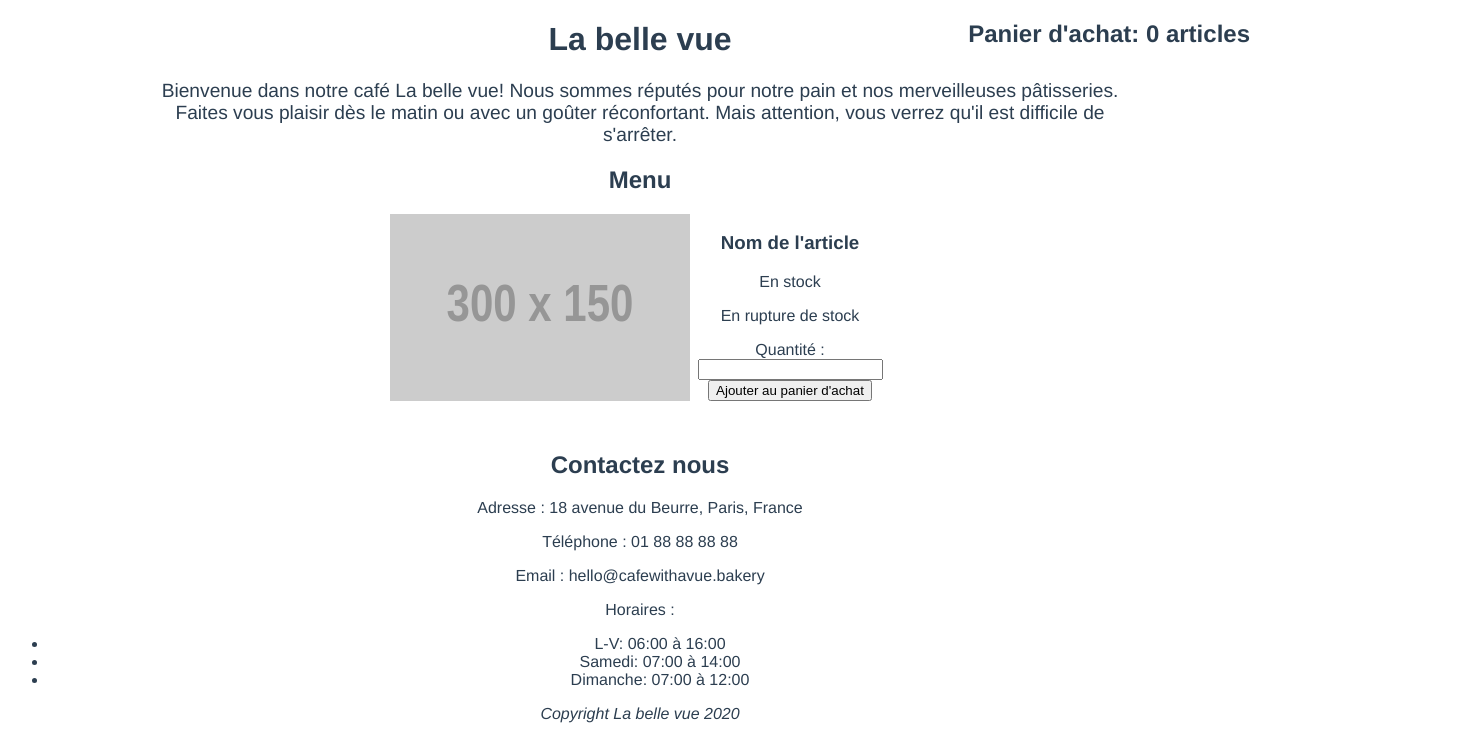
Repository: arione15/OC-tuto_cafe-avec-vue_Vue.js
Page: Partie 1 Créez votre première app Vue.js/Vue-fr-P1C4-Begin/cafe-with-a-vue/index.html
These files come from the project's save history. The page is drawn as it stood at one moment and after the next save; the edit follows.
The browser window is 1280 px wide. The page is 1280 px wide, then 1475 px, so the pictures cover 1475 px, including what lies to the right of the window. The pictures show the whole page.

Above is the page before, as saved 2021-09-06 15:55:54.

After the next save:
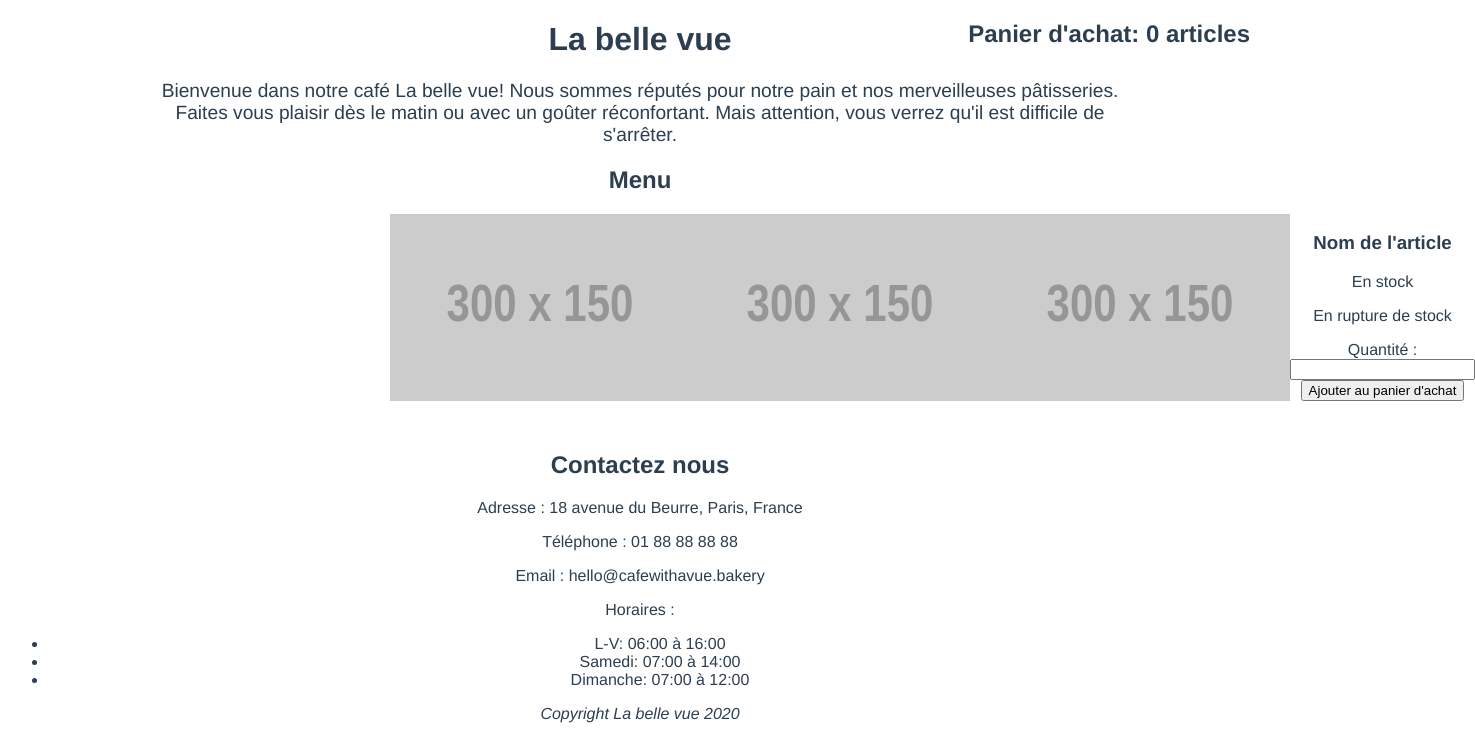
Saved 15 s later.
--- a/Partie 1 Créez votre première app Vue.js/Vue-fr-P1C4-Begin/cafe-with-a-vue/index.html
+++ b/Partie 1 Créez votre première app Vue.js/Vue-fr-P1C4-Begin/cafe-with-a-vue/index.html
@@ -22,7 +22,7 @@
 		<section class="menu">
 			<h2>Menu</h2>
 			<div class="menu-item">
-				<img v-for="item of " class="menu-item__image" src="https://via.placeholder.com/300x150" alt="" />
+				<img v-for="item of simpleMenu" class="menu-item__image" src="https://via.placeholder.com/300x150" alt="" />
 				<div>
 					<h3>Nom de l'article</h3>
 					<p>En stock</p>
